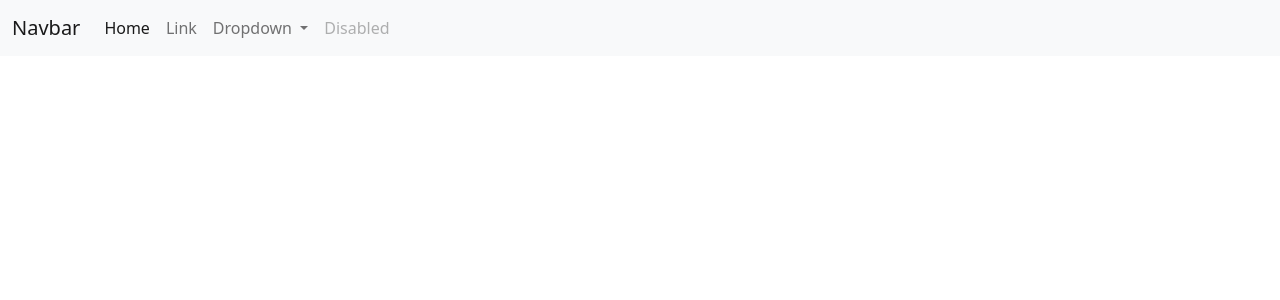
Repository: vineetha2438/baperio
Page: index.html
These files come from the project's save history. The page is drawn as it stood at one moment and after the next save; the edit follows.
The browser window is 1280 px wide. The pictures show the whole page.

Above is the page before, as saved 2022-11-13 16:39:53.

### index.html
<!DOCTYPE html>
<html lang="en">

<head>
  <meta charset="utf-8">
  <meta name="viewport" content="width=device-width, initial-scale=1">
  <title>Broken Arrow Periodontics Dental Implants</title>
  <link href="https://cdn.jsdelivr.net/npm/bootstrap@5.2.2/dist/css/bootstrap.min.css" rel="stylesheet" integrity="sha384-Zenh87qX5JnK2Jl0vWa8Ck2rdkQ2Bzep5IDxbcnCeuOxjzrPF/et3URy9Bv1WTRi"
    crossorigin="anonymous">
  <link rel="stylesheet" href="index.css">
</head>

<body>
  <nav class="navbar navbar-expand-lg bg-light">
    <div class="container-fluid">
      <a class="navbar-brand" href="#">Navbar</a>
      <button class="navbar-toggler" type="button" data-bs-toggle="collapse" data-bs-target="#navbarSupportedContent" aria-controls="navbarSupportedContent"
        aria-expanded="false" aria-label="Toggle navigation">
        <span class="navbar-toggler-icon"></span>
      </button>
      <div class="collapse navbar-collapse" id="navbarSupportedContent">
        <ul class="navbar-nav me-auto mb-2 mb-lg-0">
          <li class="nav-item">
            <a class="nav-link active" aria-current="page" href="#">Home</a>
          </li>
          <li class="nav-item">
            <a class="nav-link" href="#">Link</a>
          </li>
          <li class="nav-item dropdown">
            <a class="nav-link dropdown-toggle" href="#" role="button" data-bs-toggle="dropdown" aria-expanded="false">
              Dropdown
            </a>
            <ul class="dropdown-menu">
              <li>
                <a class="dropdown-item" href="#">Action</a>
              </li>
              <li>
                <a class="dropdown-item" href="#">Another action</a>
              </li>
              <li>
                <hr class="dropdown-divider">
              </li>
              <li>
                <a class="dropdown-item" href="#">Something else here</a>
              </li>
            </ul>
          </li>
          <li class="nav-item">
            <a class="nav-link disabled">Disabled</a>
          </li>
        </ul>
      </div>
    </div>
  </nav>
  <script src="https://cdn.jsdelivr.net/npm/bootstrap@5.2.2/dist/js/bootstrap.bundle.min.js" integrity="sha384-OERcA2EqjJCMA+/3y+gxIOqMEjwtxJY7qPCqsdltbNJuaOe923+mo//f6V8Qbsw3"
    crossorigin="anonymous"></script>
</body>

</html>

Loaded but not shown: index.css (no stored copy; drawn as an empty file)

After the next save:
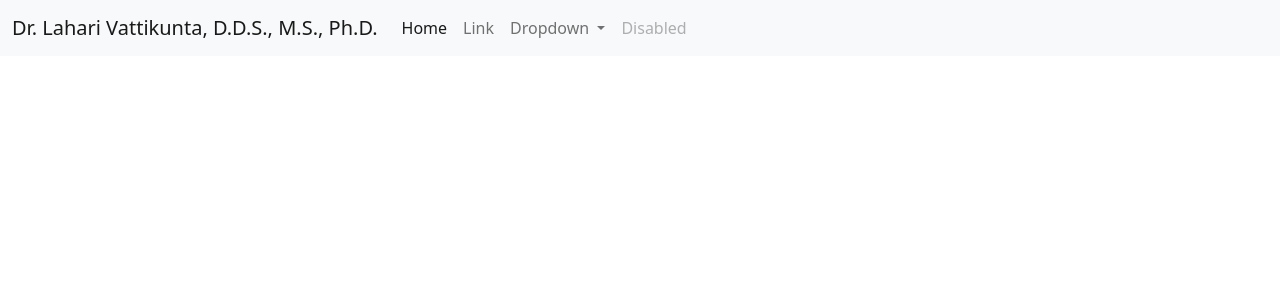
Saved 3 min 47 s later.
--- a/index.html
+++ b/index.html
@@ -13,7 +13,8 @@
 <body>
   <nav class="navbar navbar-expand-lg bg-light">
     <div class="container-fluid">
-      <a class="navbar-brand" href="#">Navbar</a>
+      <!-- <a class="navbar-brand" href="#">Navbar</a> -->
+      <span class="navbar-brand mb-0 h1">Dr. Lahari Vattikunta, D.D.S., M.S., Ph.D. </span>
       <button class="navbar-toggler" type="button" data-bs-toggle="collapse" data-bs-target="#navbarSupportedContent" aria-controls="navbarSupportedContent"
         aria-expanded="false" aria-label="Toggle navigation">
         <span class="navbar-toggler-icon"></span>
